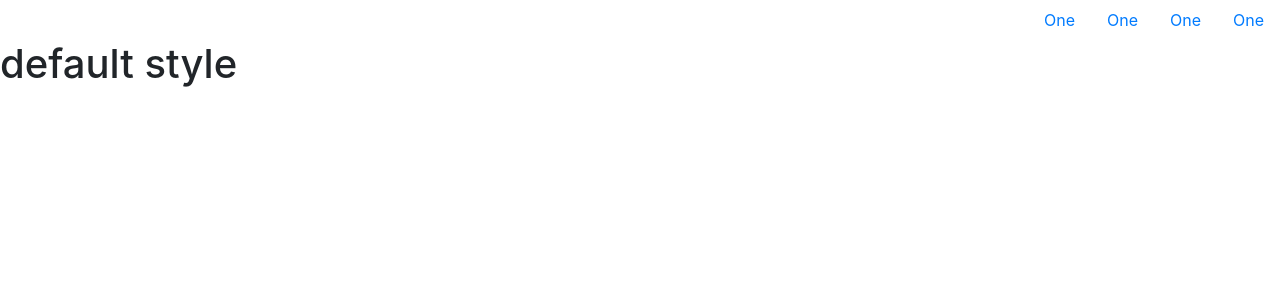
Repository: Green-Technologies-Angular/HTML
Page: index.html
The author's editor kept a copy of each file at every save. The page is drawn from the files as they stood at one save, then again after the next save.
The browser window is 1280 px wide. The pictures show the whole page.
Some web libraries are served in a nearby version.

Above is the page before, as saved 2019-01-29 10:20:14.

After the next save:
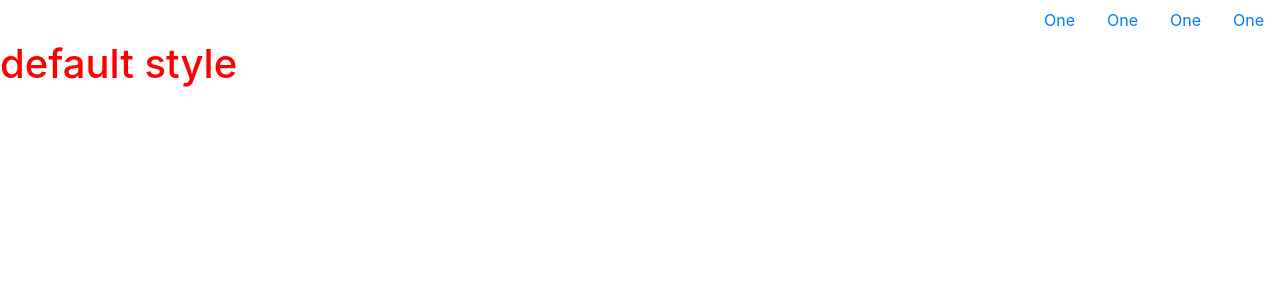
Saved 28 s later.
--- a/index.html
+++ b/index.html
@@ -6,7 +6,9 @@
     <link rel="stylesheet" href="https://stackpath.bootstrapcdn.com/bootstrap/4.2.1/css/bootstrap.min.css" integrity="sha384-GJzZqFGwb1QTTN6wy59ffF1BuGJpLSa9DkKMp0DgiMDm4iYMj70gZWKYbI706tWS"
         crossorigin="anonymous">
         <style>
-
+            .divElement{
+                color:red;
+            }
         </style>
 </head>
 
